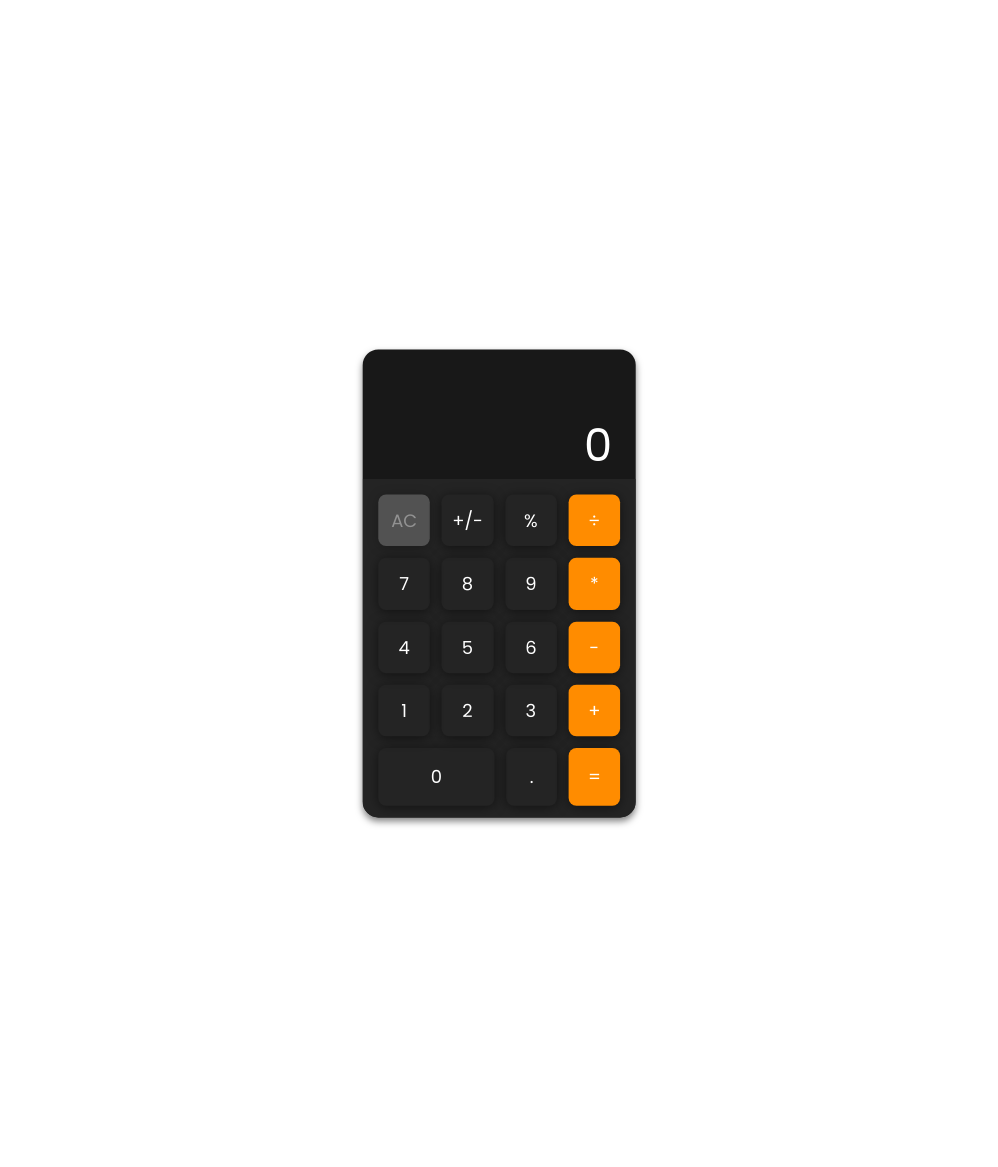
Repository: minhtien9/Calculator
Page: /
These files come from the project's save history. The page is drawn as it stood at one moment and after the next save; the edit follows.
The browser window is 1280 px wide. The pictures show the whole page, at 78% of full size.
The pointer rests on the first visible `button`.
The project was rebuilt for these pictures with package versions that can differ from the ones it lists, and the page was loaded fresh each time.

Above is the page before, as saved 2022-07-21 22:32:35.

After the next save:
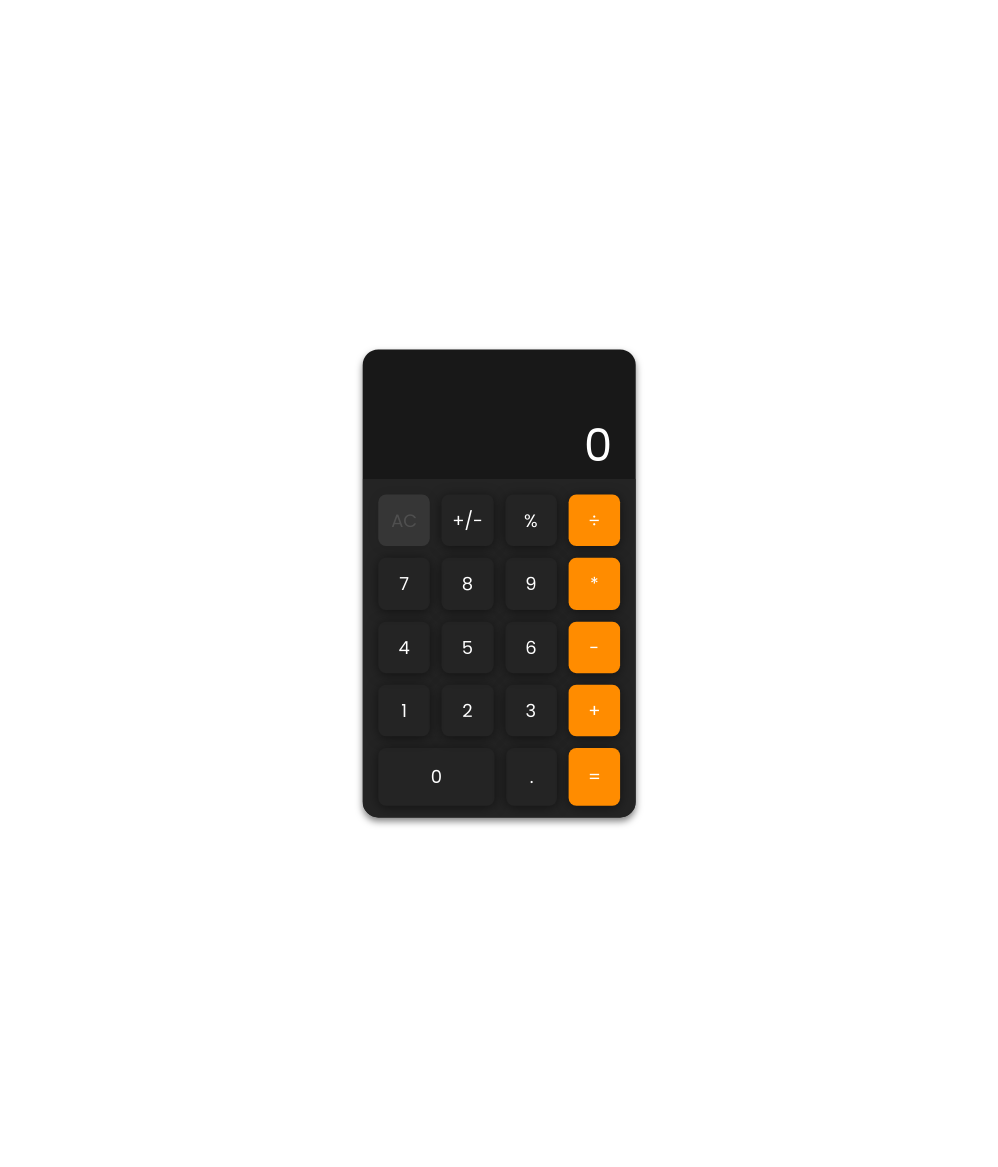
Saved 9 s later.
--- a/src/Components/Caculator.scss
+++ b/src/Components/Caculator.scss
@@ -15,7 +15,7 @@ button {
 }
 
 button:hover {
-    opacity: 0.5;
+    opacity: 0.2;
     background-color: grey;
 }
 
